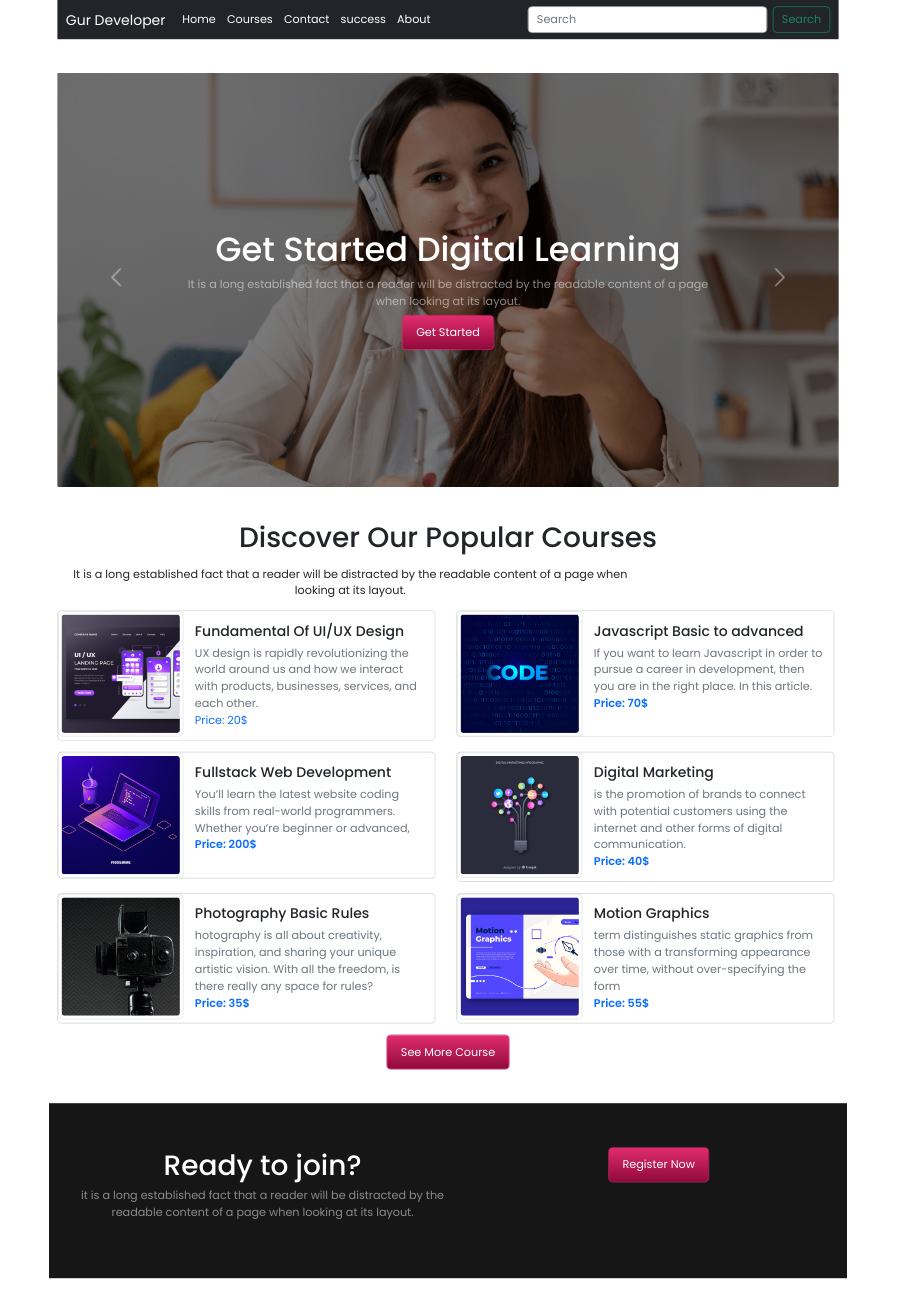
Repository: mdrubel02/Guru-Developer
Page: index.html
An editor plug-in stored every save of this project. The page is shown before and after the next save, followed by the edit.
The browser window is 1280 px wide. The page is 1292 px wide, so the pictures cover 1292 px, including what lies to the right of the window. The pictures show the part of the page from y = 0 to 1880 px (the page is 3472 px tall before and 3482 px after), at 70% of full size.
Some web libraries are served in a nearby version.

Above is the page before, as saved 2022-07-29 09:40:38.

After the next save:
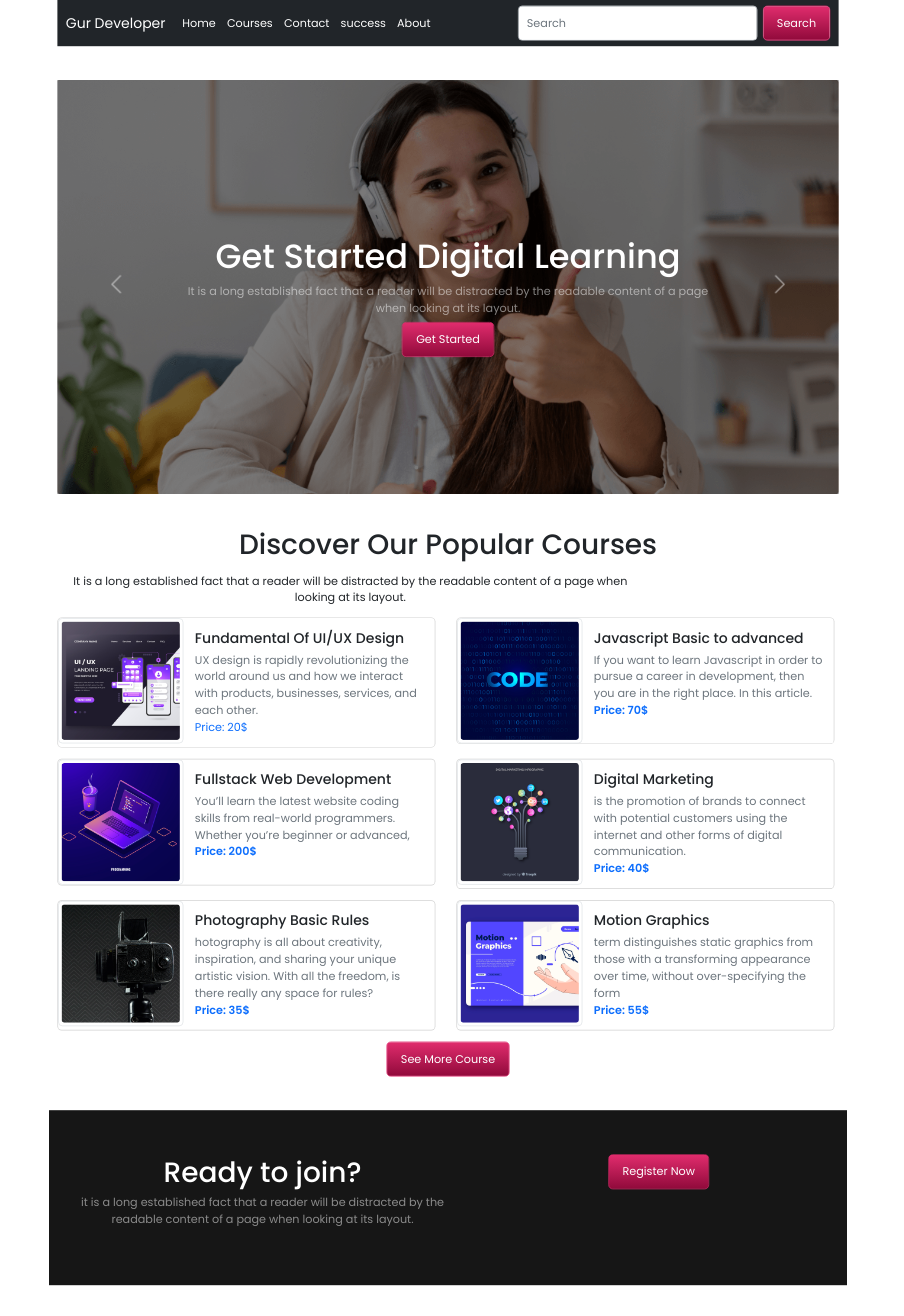
Saved 58 s later.
--- a/index.html
+++ b/index.html
@@ -48,7 +48,7 @@
                     </ul>
                     <form class="d-flex" role="search">
                         <input class="form-control me-2" type="search" placeholder="Search" aria-label="Search">
-                        <button class="btn btn-outline-success" type="submit">Search</button>
+                        <button class="button" type="submit">Search</button>
                     </form>
                 </div>
             </div>
